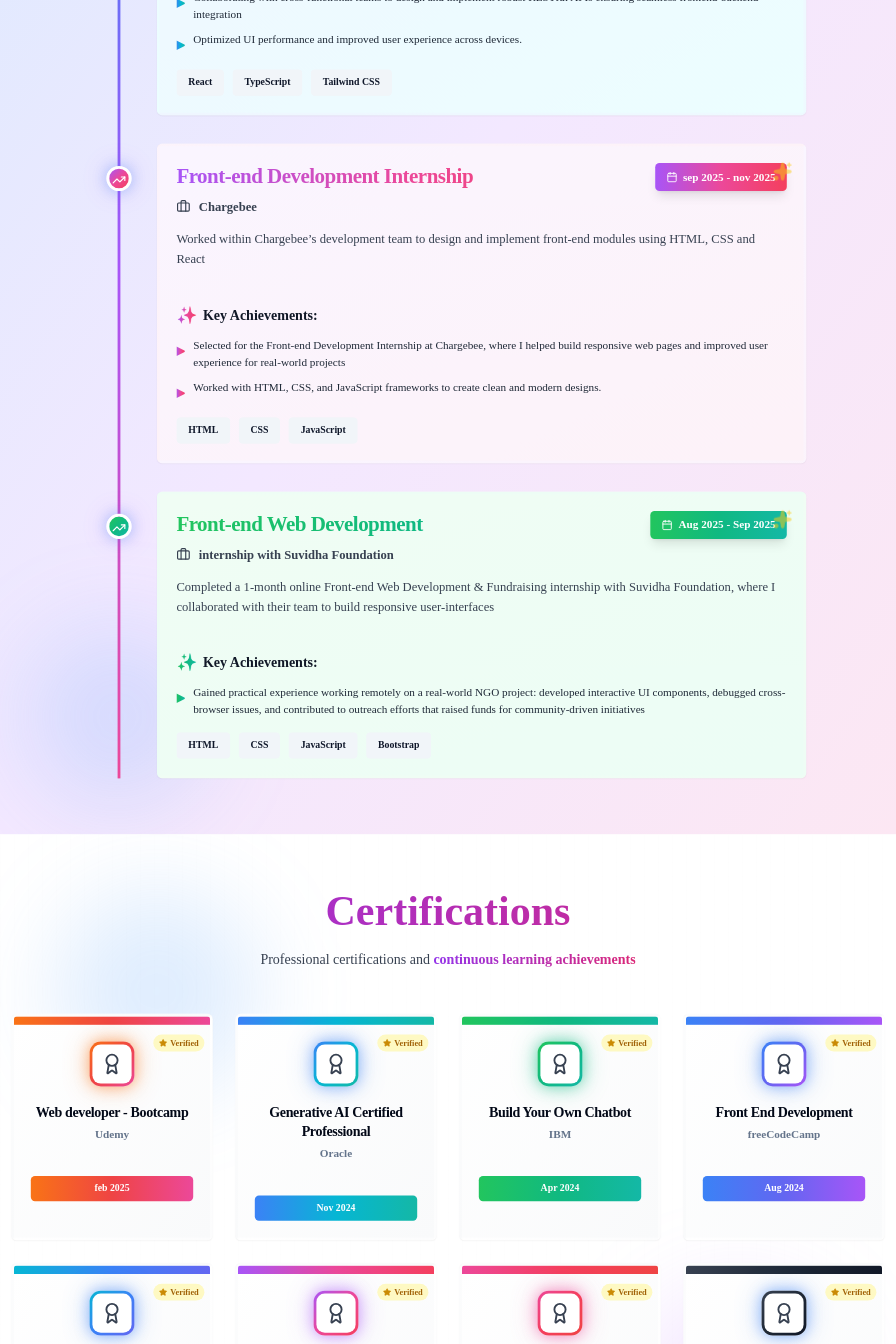
Repository: sm6746/PORTFOLIO
Page: /
An editor plug-in stored every save of this project. The page is shown before and after the next save, followed by the edit.
The browser window is 1280 px wide. The pictures show the part of the page from y = 4580 to 6500 px (the page is 8116 px tall), at 70% of full size.
The project was rebuilt for these pictures with package versions that can differ from the ones it lists, and the page was loaded fresh each time. Also part of the build but not shown: vite.config.ts.

Above is the page before, as saved 2025-11-07 16:24:22.

### index.html
<!DOCTYPE html>
<html lang="en">
  <head>
    <meta charset="UTF-8" />
    <link rel="icon" type="image/svg+xml" href="/favicon.svg" />
    <meta name="viewport" content="width=device-width, initial-scale=1.0" />
    <title>Portfolio</title>
  </head>
  <body>
    <div id="root"></div>
    <script type="module" src="/app/main.tsx"></script>
  </body>
</html>

### app/main.tsx
import React from 'react'
import ReactDOM from 'react-dom/client'
import App from './app'
import './globals.css'

ReactDOM.createRoot(document.getElementById('root')!).render(
  <React.StrictMode>
    <App />
  </React.StrictMode>,
)

### app/app.tsx
import { ThemeProvider } from '@/lib/theme-context';
import { Header } from '@/components/header';
import { HeroSection } from '@/components/hero-section';
import { AboutSection } from '@/components/about-section';
import { SkillsSection } from '@/components/skills-section';
import { ProjectsSection } from '@/components/projects-section';
import { ExperienceSection } from '@/components/experience-section';
import { CertificationsSection } from '@/components/certifications-section';
import { ContactSection } from '@/components/contact-section';
import { Footer } from '@/components/footer';
import { ScrollToTop } from '@/components/scroll-to-top';

function App() {
  return (
    <ThemeProvider>
      <div className="min-h-screen bg-white dark:bg-gray-900 transition-colors duration-300">
        <Header />
        <main>
          <HeroSection />
          <AboutSection />
          <SkillsSection />
          <ProjectsSection />
          <ExperienceSection />
          <CertificationsSection />
          <ContactSection />
        </main>
        <Footer />
        <ScrollToTop />
      </div>
    </ThemeProvider>
  );
}

export default App;

### lib/theme-context.tsx
import React, { createContext, useContext, useEffect, useState } from 'react';

type Theme = 'light' | 'dark';

type ThemeContextType = {
  theme: Theme;
  toggleTheme: () => void;
};

const ThemeContext = createContext<ThemeContextType | undefined>(undefined);

export function ThemeProvider({ children }: { children: React.ReactNode }) {
  const [theme, setTheme] = useState<Theme>(() => {
    const stored = localStorage.getItem('portfolio-theme');
    return (stored as Theme) || 'light';
  });

  useEffect(() => {
    localStorage.setItem('portfolio-theme', theme);
    document.documentElement.classList.toggle('dark', theme === 'dark');
  }, [theme]);

  const toggleTheme = () => {
    setTheme(prev => (prev === 'light' ? 'dark' : 'light'));
  };

  return (
    <ThemeContext.Provider value={{ theme, toggleTheme }}>
      {children}
    </ThemeContext.Provider>
  );
}

export function useTheme() {
  const context = useContext(ThemeContext);
  if (!context) {
    throw new Error('useTheme must be used within ThemeProvider');
  }
  return context;
}

### components/certifications-section.tsx
import { Card, CardContent, CardHeader, CardTitle, CardDescription } from '@/components/ui/card';
import { Badge } from '@/components/ui/badge';
import { Button } from '@/components/ui/button';
import { Award, ExternalLink, Star } from 'lucide-react';
import { useScrollAnimation } from '@/hooks/use-scroll-animation';

export function CertificationsSection() {
  const { ref, isVisible } = useScrollAnimation();

  const certifications = [
    {
      title: 'Web developer - Bootcamp ',
      issuer: 'Udemy ',
      date: 'feb 2025',
      /*credentialId: 'AWS-12345',*/
      gradient: 'from-orange-500 via-red-500 to-pink-500',
      glowClass: 'glow-orange',
    },
    {
      title: 'Generative AI Certified Professional ',
      issuer: 'Oracle',
      date: 'Nov 2024',
      /*credentialId: 'META-67890',*/
      gradient: 'from-blue-500 via-cyan-500 to-teal-500',
      glowClass: 'glow-blue',
    },
    {
      title: 'Build Your Own Chatbot',

      issuer: 'IBM',
      date: 'Apr 2024',
      /*credentialId: 'MDB-54321',*/
      gradient: 'from-green-500 via-emerald-500 to-teal-500',
      glowClass: 'glow-green',
    },
    {
      title: 'Front End Development ',
      issuer: ' freeCodeCamp',
      date: 'Aug 2024',
      /*credentialId: 'UC-ABCDEFGH', */
      gradient: 'from-blue-500 via-indigo-500 to-purple-500',
      glowClass: 'glow-blue',
    },
    {
      title: 'Machine Learning Foundations',
      issuer: 'AWS',
      date: 'Aug 2023',
      /*credentialId: 'LF-98765',*/
      gradient: 'from-cyan-500 via-blue-500 to-indigo-500',
      glowClass: 'glow-blue',
    },
    {
      title: 'Full Stack Web Development',
      issuer: 'Coursera',
      date: 'Jul 2023',
      /*credentialId: 'COURSERA-123456',*/
      gradient: 'from-purple-500 via-pink-500 to-rose-500',
      glowClass: 'glow-purple',
    },
    {
      title: 'Databases for Developers ',
      issuer: 'Oracle',
      date: 'Jun 2024',
      /*credentialId: 'APOLLO-11223',*/
      gradient: 'from-pink-500 via-rose-500 to-red-500',
      glowClass: 'glow-pink',
    },
    {
      title: 'AI Foundations ',
      issuer: 'IBM',
      date: 'Dec 2023',
      /*credentialId: 'GH-44556',*/
      gradient: 'from-gray-700 via-gray-800 to-gray-900',
      glowClass: 'glow-blue',
    },
  ];

  return (
    <section
      id="certifications"
      ref={ref as React.RefObject<HTMLElement>}
      className="py-20 bg-white dark:bg-gray-900 relative overflow-hidden"
    >
      <div className="absolute inset-0 bg-grid-pattern opacity-5"></div>
      <div className="absolute top-20 left-20 w-72 h-72 bg-blue-400/20 rounded-full blur-3xl"></div>
      <div className="absolute bottom-20 right-20 w-72 h-72 bg-purple-400/20 rounded-full blur-3xl"></div>

      <div className="container mx-auto px-4 relative z-10">
        <div
          className={`transition-all duration-1000 ${
            isVisible ? 'opacity-100 translate-y-0' : 'opacity-0 translate-y-10'
          }`}
        >
          <h2 className="text-5xl md:text-6xl font-extrabold text-center mb-6 bg-gradient-to-r from-blue-600 via-purple-600 to-pink-600 dark:from-blue-400 dark:via-purple-400 dark:to-pink-400 bg-clip-text text-transparent animate-gradient">
            Certifications
          </h2>
          <p className="text-center text-gray-700 dark:text-gray-300 mb-16 text-xl font-medium">
            Professional certifications and <span className="text-transparent bg-clip-text bg-gradient-to-r from-purple-600 to-pink-600 font-bold">continuous learning achievements</span>
          </p>

          <div className="grid md:grid-cols-2 lg:grid-cols-4 gap-8">
            {certifications.map((cert, index) => (
              <Card
                key={index}
                className={`group hover:shadow-2xl transition-all duration-500 transform hover:-translate-y-4 hover:scale-110 border-4 border-transparent hover:border-current overflow-hidden bg-gradient-to-br from-white to-gray-50 dark:from-gray-800 dark:to-gray-900 ${
                  isVisible ? 'opacity-100 translate-y-0' : 'opacity-0 translate-y-10'
                }`}
                style={{ transitionDelay: `${index * 100}ms` }}
              >
                <div className={`h-3 bg-gradient-to-r ${cert.gradient}`}></div>
                <CardHeader className="relative">
                  <div className={`w-16 h-16 mx-auto rounded-2xl bg-gradient-to-br ${cert.gradient} p-1 mb-4 group-hover:scale-125 group-hover:rotate-12 transition-all duration-500 shadow-xl ${cert.glowClass}`}>
                    <div className="w-full h-full rounded-xl bg-white dark:bg-gray-800 flex items-center justify-center">
                      <Award className="h-8 w-8 text-gray-700 dark:text-gray-300" />
                    </div>
                  </div>
                  <div className="absolute top-2 right-2 flex items-center gap-1 bg-yellow-100 dark:bg-yellow-900/50 px-2 py-1 rounded-full">
                    <Star className="h-3 w-3 text-yellow-600 fill-yellow-600" />
                    <span className="text-xs font-bold text-yellow-700 dark:text-yellow-400">Verified</span>
                  </div>
                  <CardTitle className={`text-xl font-bold text-center group-hover:bg-gradient-to-r ${cert.gradient} group-hover:bg-clip-text group-hover:text-transparent transition-all duration-300`}>
                    {cert.title}
                  </CardTitle>
                  <CardDescription className="text-center font-semibold text-base">{cert.issuer}</CardDescription>
                </CardHeader>
                <CardContent className="p-6">
                  <div className="space-y-3">
                    <Badge variant="outline" className={`w-full justify-center text-sm font-bold py-2 border-3 bg-gradient-to-r ${cert.gradient} text-white`}>
                      {cert.date}
                    </Badge>
                    {cert.credentialId && (
                      <div className="flex items-center justify-between gap-2">
                        <span className="text-sm font-mono text-gray-600 dark:text-gray-300">{cert.credentialId}</span>
                        <button
                          onClick={() => window.open('#', '_blank')}
                          className="inline-flex items-center gap-2 text-sm font-semibold text-blue-600 dark:text-blue-400"
                          aria-label="View credential"
                        >
                          <ExternalLink className="h-4 w-4" />
                          Verify
                        </button>
                      </div>
                    )}
                  </div>
                </CardContent>
              </Card>
            ))}
          </div>
        </div>
      </div>
    </section>
  );
}

### components/footer.tsx
import { Github, Linkedin, Mail } from 'lucide-react';
import { Button } from '@/components/ui/button';

export function Footer() {
  return (
    <footer className="py-12 bg-gray-900 text-white">
      <div className="container mx-auto px-4">
        <div className="flex flex-col items-center gap-6">
          <div className="text-3xl font-bold bg-gradient-to-r from-blue-400 to-purple-400 bg-clip-text text-transparent">
            SHIVANI MEHRA
          </div>
          <p className="text-gray-400 text-center max-w-md">
            Building the future, one line of code at a time. Let's create something amazing together.
          </p>
          <div className="flex gap-4">
            <Button
              variant="ghost"
              size="icon"
              className="rounded-full hover:bg-blue-600/20 text-gray-300 hover:text-white transition-all"
            >
              <a
              href="https://github.com/sm6746"
              target="_blank"
              rel="noopener noreferrer"
            >
              <Github className="h-5 w-5" />
              </a>
            </Button>
            <Button
              variant="ghost"
              size="icon"
              className="rounded-full hover:bg-blue-600/20 text-gray-300 hover:text-white transition-all"
            >
              <a
              href="https://www.linkedin.com/in/shivani-mehra-/"
              target="_blank"
              rel="noopener noreferrer"
            >
              <Linkedin className="h-7 w-7" />
              </a>
            </Button>
            <Button
              variant="ghost"
              size="icon"
              className="rounded-full hover:bg-blue-600/20 text-gray-300 hover:text-white transition-all"
            >
              <a
              href="https://mail.google.com/mail/?view=cm&fs=1&to=shivanimehra22may@gmail.com"
              target="_blank"
              rel="noopener noreferrer"
            >
               <Mail className="h-5 w-5" />
              </a>

            </Button>
          </div>
          <div className="border-t border-gray-800 pt-6 w-full text-center">
            <p className="text-gray-500 text-sm">

            </p>
          </div>
        </div>
      </div>
    </footer>
  );
}

### components/scroll-to-top.tsx
import { Button } from '@/components/ui/button';
import { ArrowUp } from 'lucide-react';
import { useEffect, useState } from 'react';

export function ScrollToTop() {
  const [isVisible, setIsVisible] = useState(false);

  useEffect(() => {
    const toggleVisibility = () => {
      setIsVisible(window.scrollY > 500);
    };

    window.addEventListener('scroll', toggleVisibility);
    return () => window.removeEventListener('scroll', toggleVisibility);
  }, []);

  const scrollToTop = () => {
    window.scrollTo({ top: 0, behavior: 'smooth' });
  };

  if (!isVisible) return null;

  return (
    <Button
      onClick={scrollToTop}
      size="icon"
      className="fixed bottom-8 right-8 z-50 rounded-full shadow-lg bg-gradient-to-r from-blue-600 to-purple-600 hover:from-blue-700 hover:to-purple-700 animate-bounce"
    >
      <ArrowUp className="h-5 w-5" />
    </Button>
  );
}

### components/ui/button.tsx
import * as React from "react"
import { Slot } from "@radix-ui/react-slot"
import { cva, type VariantProps } from "class-variance-authority"

import { cn } from "@/lib/utlis"

const buttonVariants = cva(
  "inline-flex items-center justify-center gap-2 whitespace-nowrap rounded-md text-sm font-medium transition-colors focus-visible:outline-none focus-visible:ring-1 focus-visible:ring-ring disabled:pointer-events-none disabled:opacity-50 [&_svg]:pointer-events-none [&_svg]:size-4 [&_svg]:shrink-0",
  {
    variants: {
      variant: {
        default:
          "bg-primary text-primary-foreground shadow hover:bg-primary/90",
        destructive:
          "bg-destructive text-destructive-foreground shadow-sm hover:bg-destructive/90",
        outline:
          "border border-input bg-background shadow-sm hover:bg-accent hover:text-accent-foreground",
        secondary:
          "bg-secondary text-secondary-foreground shadow-sm hover:bg-secondary/80",
        ghost: "hover:bg-accent hover:text-accent-foreground",
        link: "text-primary underline-offset-4 hover:underline",
      },
      size: {
        default: "h-9 px-4 py-2",
        sm: "h-8 rounded-md px-3 text-xs",
        lg: "h-10 rounded-md px-8",
        icon: "h-9 w-9",
      },
    },
    defaultVariants: {
      variant: "default",
      size: "default",
    },
  }
)

export interface ButtonProps
  extends React.ButtonHTMLAttributes<HTMLButtonElement>,
    VariantProps<typeof buttonVariants> {
  asChild?: boolean
}

const Button = React.forwardRef<HTMLButtonElement, ButtonProps>(
  ({ className, variant, size, asChild = false, ...props }, ref) => {
    const Comp = asChild ? Slot : "button"
    return (
      <Comp
        className={cn(buttonVariants({ variant, size, className }))}
        ref={ref}
        {...props}
      />
    )
  }
)
Button.displayName = "Button"

export { Button, buttonVariants }

### hooks/use-scroll-animation.ts
import { useEffect, useRef, useState } from 'react';

export function useScrollAnimation() {
  const ref = useRef<HTMLElement>(null);
  const [isVisible, setIsVisible] = useState(false);

  useEffect(() => {
    const observer = new IntersectionObserver(
      ([entry]) => {
        if (entry.isIntersecting) {
          setIsVisible(true);
        }
      },
      { threshold: 0.1 }
    );

    if (ref.current) {
      observer.observe(ref.current);
    }

    return () => {
      if (ref.current) {
        observer.unobserve(ref.current);
      }
    };
  }, []);

  return { ref, isVisible };
}

### components/ui/card.tsx
import * as React from "react"

import { cn } from "@/lib/utlis"

const Card = React.forwardRef<
  HTMLDivElement,
  React.HTMLAttributes<HTMLDivElement>
>(({ className, ...props }, ref) => (
  <div
    ref={ref}
    className={cn(
      "rounded-lg border bg-card text-card-foreground shadow-sm",
      className,
    )}
    {...props}
  />
))
Card.displayName = "Card"

const CardHeader = React.forwardRef<
  HTMLDivElement,
  React.HTMLAttributes<HTMLDivElement>
>(({ className, ...props }, ref) => (
  <div
    ref={ref}
    className={cn("flex flex-col space-y-1.5 p-6", className)}
    {...props}
  />
))
CardHeader.displayName = "CardHeader"

const CardTitle = React.forwardRef<
  HTMLParagraphElement,
  React.HTMLAttributes<HTMLHeadingElement>
>(({ className, ...props }, ref) => (
  <h3
    ref={ref}
    className={cn(
      "text-2xl font-semibold leading-none tracking-tight",
      className,
    )}
    {...props}
  />
))
CardTitle.displayName = "CardTitle"

const CardDescription = React.forwardRef<
  HTMLParagraphElement,
  React.HTMLAttributes<HTMLParagraphElement>
>(({ className, ...props }, ref) => (
  <p
    ref={ref}
    className={cn("text-sm text-muted-foreground", className)}
    {...props}
  />
))
CardDescription.displayName = "CardDescription"

const CardContent = React.forwardRef<
  HTMLDivElement,
  React.HTMLAttributes<HTMLDivElement>
>(({ className, ...props }, ref) => (
  <div ref={ref} className={cn("p-6 pt-0", className)} {...props} />
))
CardContent.displayName = "CardContent"

const CardFooter = React.forwardRef<
  HTMLDivElement,
  React.HTMLAttributes<HTMLDivElement>
>(({ className, ...props }, ref) => (
  <div
    ref={ref}
    className={cn("flex items-center p-6 pt-0", className)}
    {...props}
  />
))
CardFooter.displayName = "CardFooter"

export { Card, CardHeader, CardFooter, CardTitle, CardDescription, CardContent }

### components/ui/badge.tsx
import * as React from "react"
import { cva, type VariantProps } from "class-variance-authority"

import { cn } from "@/lib/utlis"

const badgeVariants = cva(
  "inline-flex items-center rounded-md border px-2.5 py-0.5 text-xs font-semibold transition-colors focus:outline-none focus:ring-2 focus:ring-ring focus:ring-offset-2",
  {
    variants: {
      variant: {
        default:
          "border-transparent bg-primary text-primary-foreground shadow hover:bg-primary/80",
        secondary:
          "border-transparent bg-secondary text-secondary-foreground hover:bg-secondary/80",
        destructive:
          "border-transparent bg-destructive text-destructive-foreground shadow hover:bg-destructive/80",
        outline: "text-foreground",
      },
    },
    defaultVariants: {
      variant: "default",
    },
  }
)

export interface BadgeProps
  extends React.HTMLAttributes<HTMLDivElement>,
    VariantProps<typeof badgeVariants> {}

function Badge({ className, variant, ...props }: BadgeProps) {
  return (
    <div className={cn(badgeVariants({ variant }), className)} {...props} />
  )
}

export { Badge, badgeVariants }

### components/ui/input.tsx
import * as React from "react"

import { cn } from "@/lib/utlis"

const Input = React.forwardRef<HTMLInputElement, React.ComponentProps<"input">>(
  ({ className, type, ...props }, ref) => {
    return (
      <input
        type={type}
        className={cn(
          "flex h-9 w-full rounded-md border border-input bg-transparent px-3 py-1 text-base shadow-sm transition-colors file:border-0 file:bg-transparent file:text-sm file:font-medium file:text-foreground placeholder:text-muted-foreground focus-visible:outline-none focus-visible:ring-1 focus-visible:ring-ring disabled:cursor-not-allowed disabled:opacity-50 md:text-sm",
          className
        )}
        ref={ref}
        {...props}
      />
    )
  }
)
Input.displayName = "Input"

export { Input }

### components/ui/textarea.tsx
import * as React from "react"

import { cn } from "@/lib/utlis"

const Textarea = React.forwardRef<
  HTMLTextAreaElement,
  React.ComponentProps<"textarea">
>(({ className, ...props }, ref) => {
  return (
    <textarea
      className={cn(
        "flex min-h-[60px] w-full rounded-md border border-input bg-transparent px-3 py-2 text-base shadow-sm placeholder:text-muted-foreground focus-visible:outline-none focus-visible:ring-1 focus-visible:ring-ring disabled:cursor-not-allowed disabled:opacity-50 md:text-sm",
        className
      )}
      ref={ref}
      {...props}
    />
  )
})
Textarea.displayName = "Textarea"

export { Textarea }

Loaded but not shown: lib/utlis.tsx (common file); tailwind.config.js (62 lines, source omitted); components/projects-section.tsx (180 lines, source omitted); components/contact-section.tsx (144 lines, source omitted); components/experience-section.tsx (141 lines, source omitted); components/hero-section.tsx (124 lines, source omitted); components/about-section.tsx (79 lines, source omitted); components/skills-section.tsx (112 lines, source omitted); components/header.tsx (82 lines, source omitted); app/globals.css (115 lines, source omitted)

After the next save:
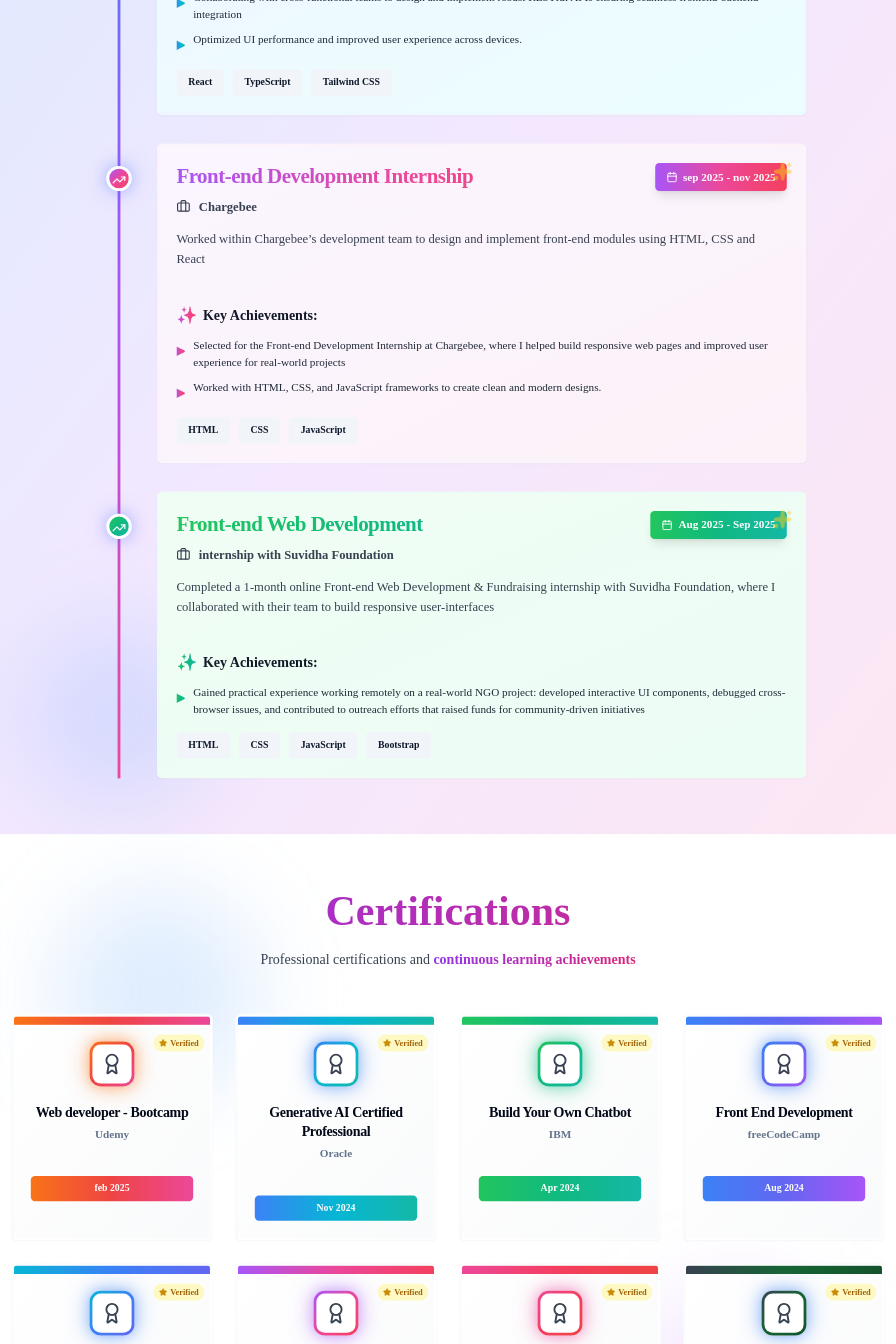
Saved 45 s later.
--- a/components/certifications-section.tsx
+++ b/components/certifications-section.tsx
@@ -70,7 +70,7 @@ export function CertificationsSection() {
       issuer: 'IBM',
       date: 'Dec 2023',
       /*credentialId: 'GH-44556',*/
-      gradient: 'from-gray-700 via-gray-800 to-gray-900',
+      gradient: 'from-gray-700 via-green-800 to-green-900',
       glowClass: 'glow-blue',
     },
   ];
